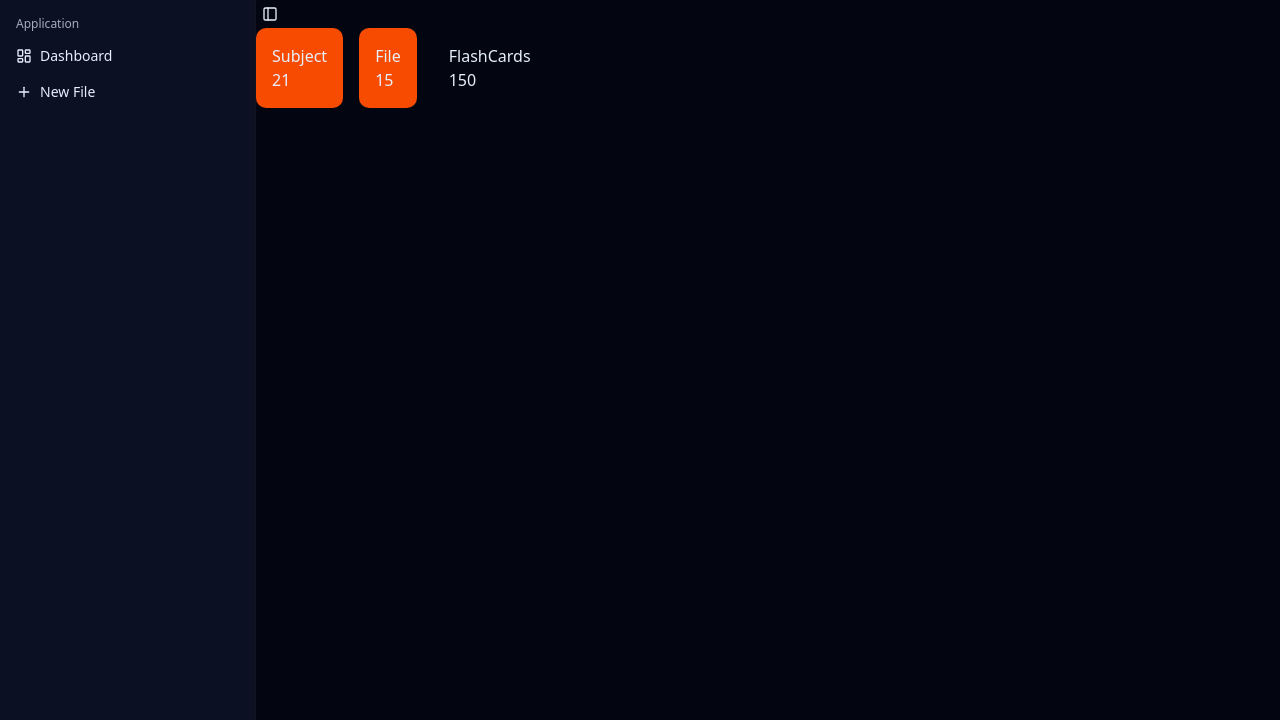
Repository: SywarDer/Student-Assistance
Page: /dashboard (app in student-assistant/)
An editor plug-in stored every save of this project. The page is shown before and after the next save, followed by the edit.
The browser window is 1280 px wide. The pictures show the whole page.
The project was rebuilt for these pictures with package versions that can differ from the ones it lists, and the page was loaded fresh each time. The framework's server and built-in components were replaced by stand-ins that run in the browser. Also part of the build but not shown: student-assistant/next.config.ts, student-assistant/components/ui/input.tsx, student-assistant/components/ui/separator.tsx, student-assistant/components/ui/skeleton.tsx. Imported but missing from the stored project, and not drawn on this page: student-assistant/components/ui/sheet.

Above is the page before, as saved 2025-10-30 19:53:13.

### student-assistant/app/layout.tsx
import type { Metadata } from "next";
import { Geist, Geist_Mono } from "next/font/google";
import "./globals.css";
import { SidebarProvider, SidebarTrigger } from "@/components/ui/sidebar";
import { AppSidebar } from "./home/components/navBar";

const geistSans = Geist({
  variable: "--font-geist-sans",
  subsets: ["latin"],
});

const geistMono = Geist_Mono({
  variable: "--font-geist-mono",
  subsets: ["latin"],
});

export const metadata: Metadata = {
  title: "Create Next App",
  description: "Generated by create next app",
};

export default function RootLayout({
children,
}: Readonly<{
  children: React.ReactNode;
}>) {
  return (
    <html lang="en">
      <body
        className={`${geistSans.variable} ${geistMono.variable} antialiased`}
      >
        <SidebarProvider>
      <AppSidebar />
      <main>
        <SidebarTrigger />
        {children}
         </main>
    </SidebarProvider>
      </body>
    </html>
  );
}

### student-assistant/app/dashboard/page.tsx
export default function Dashboard(){
    return(

        <div className="flex space-x-4">
            <div className="rounded-lg p-4"  style={{
        backgroundColor: "var(--chart-1)",
        color: "var(--card-foreground)",
      }}>
                <h1 className="">Subject</h1>
                <h1>21</h1>
            </div>
            <div className="rounded-lg p-4" style={{
        backgroundColor: "var(--chart-1)",
        color: "var(--card-foreground)",
      }}>
                <h1>File</h1>
                <h1>15</h1>
            </div>
            <div className="rounded-lg p-4">
                <h1>FlashCards</h1>
                <h1>150</h1>
            </div>
        </div>

    )
}

### student-assistant/app/globals.css
@import "tailwindcss";
@import "tw-animate-css";

@custom-variant dark (&:is(.dark *));

@theme inline {
  --color-background: var(--background);
  --color-foreground: var(--foreground);
  --font-sans: var(--font-geist-sans);
  --font-mono: var(--font-geist-mono);
  --color-sidebar-ring: var(--sidebar-ring);
  --color-sidebar-border: var(--sidebar-border);
  --color-sidebar-accent-foreground: var(--sidebar-accent-foreground);
  --color-sidebar-accent: var(--sidebar-accent);
  --color-sidebar-primary-foreground: var(--sidebar-primary-foreground);
  --color-sidebar-primary: var(--sidebar-primary);
  --color-sidebar-foreground: var(--sidebar-foreground);
  --color-sidebar: var(--sidebar);
  --color-chart-5: var(--chart-5);
  --color-chart-4: var(--chart-4);
  --color-chart-3: var(--chart-3);
  --color-chart-2: var(--chart-2);
  --color-chart-1: var(--chart-1);
  --color-ring: var(--ring);
  --color-input: var(--input);
  --color-border: var(--border);
  --color-destructive: var(--destructive);
  --color-accent-foreground: var(--accent-foreground);
  --color-accent: var(--accent);
  --color-muted-foreground: var(--muted-foreground);
  --color-muted: var(--muted);
  --color-secondary-foreground: var(--secondary-foreground);
  --color-secondary: var(--secondary);
  --color-primary-foreground: var(--primary-foreground);
  --color-primary: var(--primary);
  --color-popover-foreground: var(--popover-foreground);
  --color-popover: var(--popover);
  --color-card-foreground: var(--card-foreground);
  --color-card: var(--card);
  --radius-sm: calc(var(--radius) - 4px);
  --radius-md: calc(var(--radius) - 2px);
  --radius-lg: var(--radius);
  --radius-xl: calc(var(--radius) + 4px);
}

:root {
  --radius: 0.625rem;

  /* Base dark background & text */
  --background: oklch(0.12 0.03 270);        /* Dark gray-blue */
  --foreground: oklch(0.95 0.02 260);        /* Soft white */

  /* Cards & popovers */
  --card: oklch(0.18 0.04 270);              /* Slightly lighter than background */
  --card-foreground: var(--foreground);
  --popover: oklch(0.18 0.04 270);
  --popover-foreground: var(--foreground);

  /* Primary & secondary */
  --primary: oklch(0.6 0.12 260);            /* Deep blue */
  --primary-foreground: var(--foreground);
  --secondary: oklch(0.45 0.08 280);         /* Soft purple */
  --secondary-foreground: var(--foreground);

  /* Muted & accents */
  --muted: oklch(0.2 0.03 270);
  --muted-foreground: oklch(0.7 0.02 260);
  --accent: oklch(0.65 0.15 350);            /* Magenta/pinkish accent */
  --accent-foreground: var(--foreground);

  /* Destructive actions */
  --destructive: oklch(0.6 0.25 30);         /* Dark red */
  --border: oklch(0.3 0.02 270 / 40%);
  --input: oklch(0.15 0.03 270);             /* Slightly darker than card */
  --ring: oklch(0.5 0.03 270);

  /* Charts */
  --chart-1: oklch(0.65 0.22 40);
  --chart-2: oklch(0.6 0.15 170);
  --chart-3: oklch(0.4 0.08 230);
  --chart-4: oklch(0.6 0.18 300);
  --chart-5: oklch(0.55 0.2 50);

  /* Sidebar */
  --sidebar: oklch(0.18 0.04 270);
  --sidebar-foreground: var(--foreground);
  --sidebar-primary: var(--primary);
  --sidebar-primary-foreground: var(--foreground);
  --sidebar-accent: var(--accent);
  --sidebar-accent-foreground: var(--foreground);
  --sidebar-border: oklch(0.3 0.02 270 / 40%);
  --sidebar-ring: oklch(0.5 0.03 270);
}

/* Optional light mode toggle */
.light {
  --background: oklch(0.98 0.02 260);       /* Light gray */
  --foreground: oklch(0.12 0.03 270);       /* Dark text */

  --card: oklch(0.99 0.03 260);
  --card-foreground: var(--foreground);
  --popover: oklch(0.99 0.03 260);
  --popover-foreground: var(--foreground);

  --primary: oklch(0.2 0.05 260);
  --primary-foreground: var(--foreground);
  --secondary: oklch(0.5 0.1 280);
  --secondary-foreground: var(--foreground);

  --muted: oklch(0.85 0.03 270);
  --muted-foreground: oklch(0.35 0.02 260);
  --accent: oklch(0.8 0.2 350);
  --accent-foreground: var(--foreground);

  --destructive: oklch(0.9 0.25 30);
  --border: oklch(0.8 0.02 270 / 30%);
  --input: oklch(0.95 0.03 260);
  --ring: oklch(0.7 0.03 270);

  --chart-1: oklch(0.65 0.22 40);
  --chart-2: oklch(0.6 0.15 170);
  --chart-3: oklch(0.4 0.08 230);
  --chart-4: oklch(0.6 0.18 300);
  --chart-5: oklch(0.55 0.2 50);

  --sidebar: oklch(0.95 0.03 260);
  --sidebar-foreground: var(--foreground);
  --sidebar-primary: var(--primary);
  --sidebar-primary-foreground: var(--foreground);
  --sidebar-accent: var(--accent);
  --sidebar-accent-foreground: var(--foreground);
  --sidebar-border: oklch(0.8 0.02 270 / 30%);
  --sidebar-ring: oklch(0.7 0.03 270);
}



@layer base {
  * {
    @apply border-border outline-ring/50;
  }
  body {
    @apply bg-background text-foreground;
  }
}

### student-assistant/app/home/components/navBar.tsx
import { Calendar, Home, Inbox, LayoutDashboardIcon, PlusIcon, Search, Settings } from "lucide-react"

import {
  Sidebar,
  SidebarContent,
  SidebarGroup,
  SidebarGroupContent,
  SidebarGroupLabel,
  SidebarMenu,
  SidebarMenuButton,
  SidebarMenuItem,
} from "@/components/ui/sidebar"


const items = [
  {
    title: "Dashboard",
    url: "/dashboard",
    icon: LayoutDashboardIcon,
  },
  {
    title: "New File",
    url: "/new-file",
    icon: PlusIcon,
  },

]

export function AppSidebar() {
  return (
    <Sidebar>
      <SidebarContent>
        <SidebarGroup>
          <SidebarGroupLabel>Application</SidebarGroupLabel>
          <SidebarGroupContent>
            <SidebarMenu>
              {items.map((item) => (
                <SidebarMenuItem key={item.title}>
                  <SidebarMenuButton asChild>
                    <a href={item.url}>
                      <item.icon />
                      <span>{item.title}</span>
                    </a>
                  </SidebarMenuButton>
                </SidebarMenuItem>
              ))}
            </SidebarMenu>
          </SidebarGroupContent>
        </SidebarGroup>
      </SidebarContent>
    </Sidebar>
  )
}

### student-assistant/components/ui/button.tsx
import * as React from "react"
import { Slot } from "@radix-ui/react-slot"
import { cva, type VariantProps } from "class-variance-authority"

import { cn } from "@/lib/utils"

const buttonVariants = cva(
  "inline-flex items-center justify-center gap-2 whitespace-nowrap rounded-md text-sm font-medium transition-all disabled:pointer-events-none disabled:opacity-50 [&_svg]:pointer-events-none [&_svg:not([class*='size-'])]:size-4 shrink-0 [&_svg]:shrink-0 outline-none focus-visible:border-ring focus-visible:ring-ring/50 focus-visible:ring-[3px] aria-invalid:ring-destructive/20 dark:aria-invalid:ring-destructive/40 aria-invalid:border-destructive",
  {
    variants: {
      variant: {
        default: "bg-primary text-primary-foreground hover:bg-primary/90",
        destructive:
          "bg-destructive text-white hover:bg-destructive/90 focus-visible:ring-destructive/20 dark:focus-visible:ring-destructive/40 dark:bg-destructive/60",
        outline:
          "border bg-background shadow-xs hover:bg-accent hover:text-accent-foreground dark:bg-input/30 dark:border-input dark:hover:bg-input/50",
        secondary:
          "bg-secondary text-secondary-foreground hover:bg-secondary/80",
        ghost:
          "hover:bg-accent hover:text-accent-foreground dark:hover:bg-accent/50",
        link: "text-primary underline-offset-4 hover:underline",
      },
      size: {
        default: "h-9 px-4 py-2 has-[>svg]:px-3",
        sm: "h-8 rounded-md gap-1.5 px-3 has-[>svg]:px-2.5",
        lg: "h-10 rounded-md px-6 has-[>svg]:px-4",
        icon: "size-9",
        "icon-sm": "size-8",
        "icon-lg": "size-10",
      },
    },
    defaultVariants: {
      variant: "default",
      size: "default",
    },
  }
)

function Button({
  className,
  variant,
  size,
  asChild = false,
  ...props
}: React.ComponentProps<"button"> &
  VariantProps<typeof buttonVariants> & {
    asChild?: boolean
  }) {
  const Comp = asChild ? Slot : "button"

  return (
    <Comp
      data-slot="button"
      className={cn(buttonVariants({ variant, size, className }))}
      {...props}
    />
  )
}

export { Button, buttonVariants }

### student-assistant/components/ui/tooltip.tsx
"use client"

import * as React from "react"
import * as TooltipPrimitive from "@radix-ui/react-tooltip"

import { cn } from "@/lib/utils"

function TooltipProvider({
  delayDuration = 0,
  ...props
}: React.ComponentProps<typeof TooltipPrimitive.Provider>) {
  return (
    <TooltipPrimitive.Provider
      data-slot="tooltip-provider"
      delayDuration={delayDuration}
      {...props}
    />
  )
}

function Tooltip({
  ...props
}: React.ComponentProps<typeof TooltipPrimitive.Root>) {
  return (
    <TooltipProvider>
      <TooltipPrimitive.Root data-slot="tooltip" {...props} />
    </TooltipProvider>
  )
}

function TooltipTrigger({
  ...props
}: React.ComponentProps<typeof TooltipPrimitive.Trigger>) {
  return <TooltipPrimitive.Trigger data-slot="tooltip-trigger" {...props} />
}

function TooltipContent({
  className,
  sideOffset = 0,
  children,
  ...props
}: React.ComponentProps<typeof TooltipPrimitive.Content>) {
  return (
    <TooltipPrimitive.Portal>
      <TooltipPrimitive.Content
        data-slot="tooltip-content"
        sideOffset={sideOffset}
        className={cn(
          "bg-foreground text-background animate-in fade-in-0 zoom-in-95 data-[state=closed]:animate-out data-[state=closed]:fade-out-0 data-[state=closed]:zoom-out-95 data-[side=bottom]:slide-in-from-top-2 data-[side=left]:slide-in-from-right-2 data-[side=right]:slide-in-from-left-2 data-[side=top]:slide-in-from-bottom-2 z-50 w-fit origin-(--radix-tooltip-content-transform-origin) rounded-md px-3 py-1.5 text-xs text-balance",
          className
        )}
        {...props}
      >
        {children}
        <TooltipPrimitive.Arrow className="bg-foreground fill-foreground z-50 size-2.5 translate-y-[calc(-50%_-_2px)] rotate-45 rounded-[2px]" />
      </TooltipPrimitive.Content>
    </TooltipPrimitive.Portal>
  )
}

export { Tooltip, TooltipTrigger, TooltipContent, TooltipProvider }

Loaded but not shown: student-assistant/hooks/use-mobile.ts (common file); student-assistant/lib/utils.ts (common file); student-assistant/components/ui/sidebar.tsx (726 lines, source omitted)

After the next save:
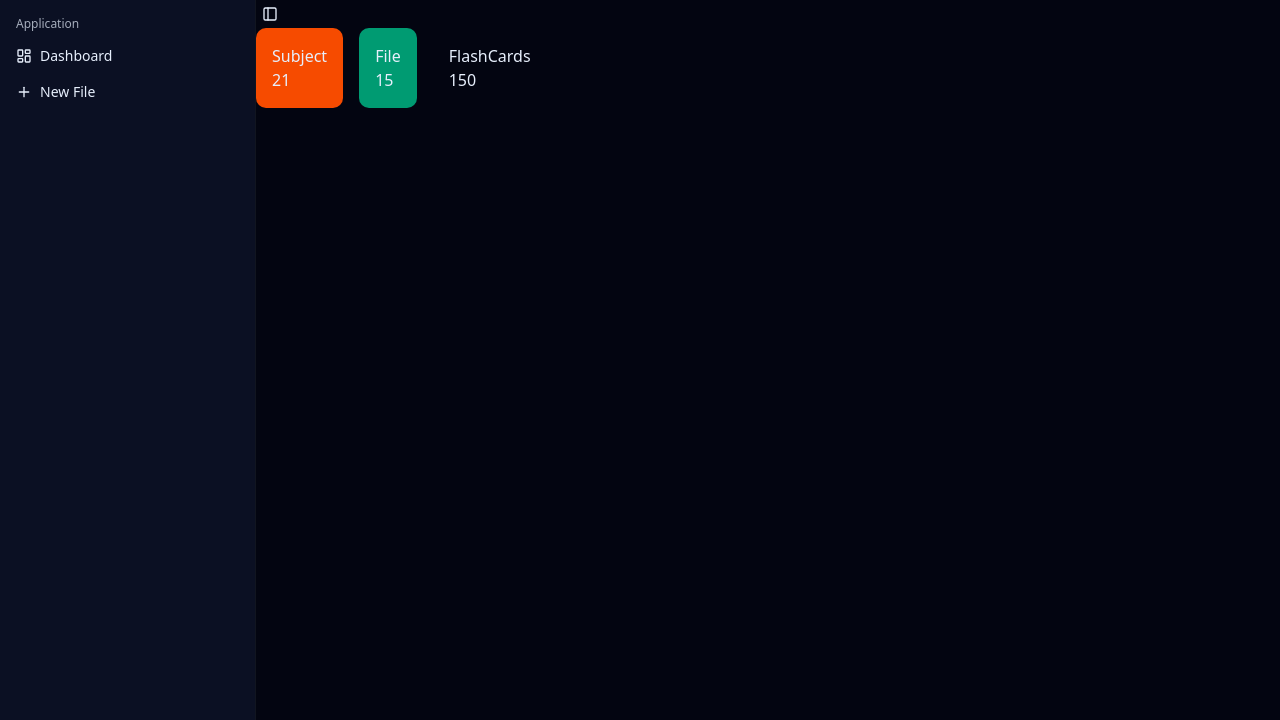
Saved 4 s later.
--- a/student-assistant/app/dashboard/page.tsx
+++ b/student-assistant/app/dashboard/page.tsx
@@ -10,7 +10,7 @@ export default function Dashboard(){
                 <h1>21</h1>
             </div>
             <div className="rounded-lg p-4" style={{
-        backgroundColor: "var(--chart-1)",
+        backgroundColor: "var(--chart-2)",
         color: "var(--card-foreground)",
       }}>
                 <h1>File</h1>
